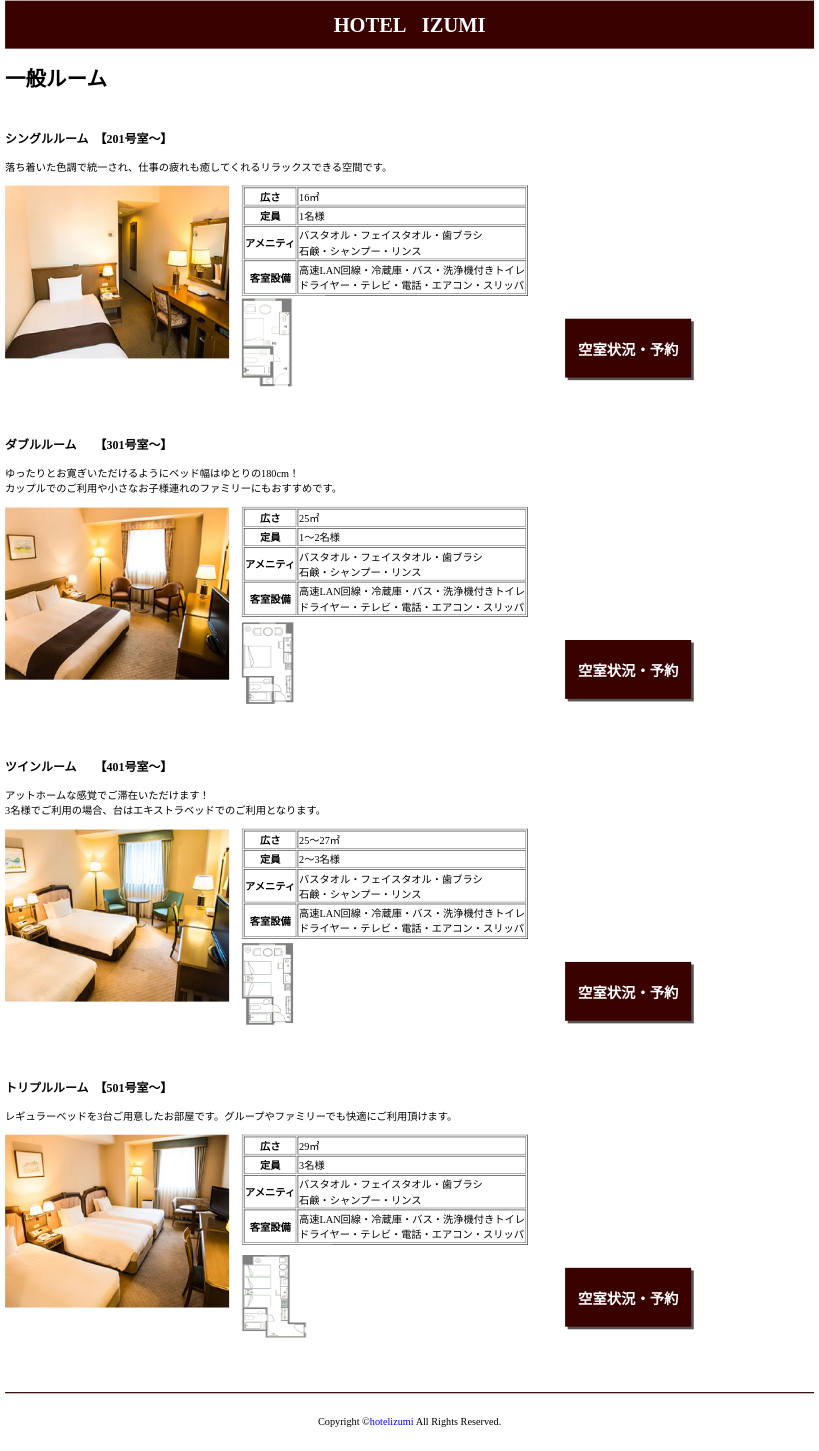
Repository: sep-dev/hotel_site
Page: http://localhost/HOTEL_IZUMI/general
An editor plug-in stored every save of this project. The page is shown before and after the next save, followed by the edit.
The browser window is 1280 px wide. The pictures show the whole page, at 64% of full size.
The page is served by Tomcat 9. Other server files are loaded and not shown.

Above is the page before, as saved 2016-05-25 06:17:50.

### HOTEL_IZUMI/src/main/webapp/WEB-INF/views/general.jsp
<!DOCTYPE html>
<%@ page language="java" contentType="text/html; charset=UTF-8" pageEncoding="UTF-8"%>
<%@ taglib prefix="form" uri="http://www.springframework.org/tags/form" %>
<!--  http://www.aspen-hotel.co.jp/room/ を参考   -->
<html>
  <head>
    <meta http-equiv="Content-Type" content="text/html; charset=Shift_JIS">
    <title>客室のご案内</title>
    <style type="text/css">
      div.example img {
        margin: 0px 20px 0px 0px;
      }
      <%@include file="../css/style.css" %>
    </style>
  </head>
  <body>
   <form>
    <div id="header">
      <div id="header h1"><h1><a HREF="http://localhost:8080/Izumi/top" STYLE="text-decoration:none"><font color="#FFFFFF">HOTEL&nbsp;&nbsp;&nbsp;IZUMI</font></a></h1></div>
    </div>


      <h1>一般ルーム</h1><br>
      <h3>シングルルーム　【201号室～】</h3>
      落ち着いた色調で統一され、仕事の疲れも癒してくれるリラックスできる空間です。<br><br>
      <div class="example">
        <img src="./resources/picture/ph01.jpg" alt="サンプル図" width="350" height="270"  align="left" >
      </div>
      <table border="1" >
        <tr>
          <th>広さ</th>
          <td>16㎡</td>
        </tr>
        <tr>
          <th>定員</th>
          <td>1名様</td>
        </tr>
        <tr>
          <th rowspan="2">アメニティ</th>
          <td rowspan="2">バスタオル・フェイスタオル・歯ブラシ<br>石鹸・シャンプー・リンス</td>
        </tr>
        <tr>
        </tr>
        <tr>
          <th rowspan="2">客室設備</th>
          <td rowspan="2">高速LAN回線・冷蔵庫・バス・洗浄機付きトイレ<br>ドライヤー・テレビ・電話・エアコン・スリッパ</td>
        </tr>
        <tr>
        </tr>
      </table>

      <img src="./resources/picture/ph01_shw1.png" alt="間取り図" width="130" height="146" align="left" ><br><br>

      <button class="button2" type="submit" style="position: absolute; right: 200px;">空室状況・予約</button>
      <br clear="all">
      <br><br><br>

      <h3>ダブルルーム　　【301号室～】</h3>
      ゆったりとお寛ぎいただけるようにベッド幅はゆとりの180cm！<br>カップルでのご利用や小さなお子様連れのファミリーにもおすすめです。<br><br>
      <div class="example">
        <img src="./resources/picture/ph04.jpg" alt="サンプル図" width="350" height="270"  align="left" >
      </div>
      <table border="1" >
        <tr>
          <th>広さ</th>
          <td>25㎡</td>
        </tr>
        <tr>
          <th>定員</th>
          <td>1～2名様</td>
        </tr>
        <tr>
          <th rowspan="2">アメニティ</th>
          <td rowspan="2">バスタオル・フェイスタオル・歯ブラシ<br>石鹸・シャンプー・リンス</td>
        </tr>
        <tr>
        </tr>
        <tr>
          <th rowspan="2">客室設備</th>
          <td rowspan="2">高速LAN回線・冷蔵庫・バス・洗浄機付きトイレ<br>ドライヤー・テレビ・電話・エアコン・スリッパ</td>
        </tr>
         <tr>
         </tr>
       </table>

       <img src="./resources/picture/ph04_shw1.png" alt="間取り図" width="130" height="146" align="left" ><br><br>

       <button class="button2" type="submit" style="position: absolute; right: 200px;">空室状況・予約</button>
       <br clear="all">
       <br><br><br>

       <h3>ツインルーム　　【401号室～】</h3>
       アットホームな感覚でご滞在いただけます！<br>3名様でご利用の場合、台はエキストラベッドでのご利用となります。<br><br>

       <div class="example">
         <img src="./resources/picture/ph06.jpg" alt="サンプル図" width="350" height="270"  align="left" >
       </div>
       <table border="1" >
         <tr>
           <th>広さ</th>
           <td>25～27㎡</td>
         </tr>
         <tr>
           <th>定員</th>
           <td>2～3名様</td>
         </tr>
         <tr>
            <th rowspan="2">アメニティ</th>
            <td rowspan="2">バスタオル・フェイスタオル・歯ブラシ<br>石鹸・シャンプー・リンス</td>
          </tr>
          <tr>
          </tr>
          <tr>
            <th rowspan="2">客室設備</th>
            <td rowspan="2">高速LAN回線・冷蔵庫・バス・洗浄機付きトイレ<br>ドライヤー・テレビ・電話・エアコン・スリッパ</td>
           </tr>
           <tr>
         </tr>
       </table>

        <img src="./resources/picture/ph06_shw1.png" alt="間取り図" width="120" height="146" align="left" >
        <br><br>

        <button class="button2" type="submit" style="position: absolute; right: 200px;">空室状況・予約</button>
        <br clear="all">
        <br><br><br>

        <h3>トリプルルーム　【501号室～】</h3>
        レギュラーベッドを3台ご用意したお部屋です。グループやファミリーでも快適にご利用頂けます。<br><br>
        <div class="example">
          <img src="./resources/picture/ph07.jpg" alt="サンプル図" width="350" height="270"  align="left" >
        </div>
        <table border="1" >
          <tr>
            <th>広さ</th>
            <td>29㎡</td>
          </tr>
          <tr>
            <th>定員</th>
            <td>3名様</td>
          </tr>
          <tr>
            <th rowspan="2">アメニティ</th>
            <td rowspan="2">バスタオル・フェイスタオル・歯ブラシ<br>石鹸・シャンプー・リンス</td>
          </tr>
          <tr>
          </tr>
          <tr>
            <th rowspan="2">客室設備</th>
            <td rowspan="2">高速LAN回線・冷蔵庫・バス・洗浄機付きトイレ<br>ドライヤー・テレビ・電話・エアコン・スリッパ</td>
          </tr>
          <tr>
          </tr>
        </table>

        <img src="./resources/picture/ph07_shw1.png" alt="間取り図" width="140" height="146" align="left" ><br><br>

        <button class="button2" type="submit" style="position: absolute; right: 200px;">空室状況・予約</button>
        <br clear="all">
        <br><br><br>


        <div id="footer">
          <p id="copyright">Copyright &copy;<a href="http://hotelizumi.com">hotelizumi</a> All Rights Reserved.</p>
        </div>
    </form>
  </body>
</html>

### HOTEL_IZUMI/src/main/webapp/WEB-INF/views/common/header.jsp
<%@ taglib uri="http://java.sun.com/jsp/jstl/core" prefix="c" %>
<%@ taglib prefix="form" uri="http://www.springframework.org/tags/form"%>
<%@page language="java" contentType="text/html; charset=UTF-8" pageEncoding="UTF-8"%>
<%@ page contentType="text/html; charset=UTF-8"%>

### HOTEL_IZUMI/src/main/webapp/WEB-INF/css/style.css
html{
    margin: 0;
    margin-top:-20px;
    padding: 0;
    width:100%;
    height:100%;
}
.top{
	display:block;
	margin-left:auto;
	margin-right:auto;
}

#contents {
    top : 0px;
    padding : 10px;
    margin : 10px;
    text-align : center;
}

#contents img{
    padding-bottom:10px;
}

#contents button {
    font-size: 1.4em;
    font-weight: bold;
    padding: 10px 30px;
    background-color: #200;
    color: #ffffff;
    border-style: none;
}

#table{
    border:0;
    background-color:#CCCCCC;
    font-size:24px;
    color:#666666;
    width:200px;
}

#table3{
    border:0;
    background-color:#CCCCCC;
    font-size:24px;
    color:#666666;
    width:200px;
}

/*--------calender----------*/
#Sunday{
    text-align:center;
    width:200;
    height:40;
    background-color:#C7D8ED;
    color:#FF3300;
    padding:15px;
}
#MonFri{
    text-align:center;
    width:200;
    background-color:#C7D8ED;
    color:#666666;
    padding:15px;
}
#Saturday{
    text-align:center;
    width:200;
    background-color:#C7D8ED;
    color:#666666;
    padding:15px;
}
#Saturday2{
    text-align:center;
    width:200;
    background-color:#A6C0E1;
    color:#666666;
}
#Sunday2{
    text-align:center;
    height:40;
    background-color:#FFCC99;
    color:#666666;
}
#Weekday{
    text-align:center;
    background-color:#FFFFFF;
    color:#666666;
    width:200;
}
#publicholiday{
    text-align:center;
    background-color:#FF3300;
    color:#FFFFFF;
}
#table2 tr td{
    border:0;
    font-size:24px;
    color:#666666;
    width:400px;
}
#float{
    float:left;
}
/* --------------------------------------*/

#header {
    top: 0px;
    left: 0px;
    height: 75px;
    margin-right: auto;
    margin-left: auto;
    text-align : center;
    background-color : #3A0101;

}
#header h1{
    padding-top: 20px;
    font-family: 'Times New Roman', Times, serif;
 	color:#ffffff;
}


#top{
    font-size: 200%;
}

#oneset{
	padding-top: 10px;
	padding-bottom: 10px;

	border-width: thick;
	border-color: #999AAA;
	border-style: ridge;
}
#name
{
    text-align: center;
	font-size: 150%;
    font-family: 'Segoe UI', Tahoma, Geneva, Verdana, sans-serif;
    font-weight: bold;
    background-color: #999AAA;
    font-family: 'Times New Roman', Times, serif;

}
#message{
	color: #000000;
    padding-left: 300px;
	font-size: 150%;

	text-align: left; margin-left: 100px; margin-right: 0px; width: 1000px;
}


/*---------入力フォーム----------*/

#reservation{

    padding-top: 20px;
    margin-bottom:50px;
    font-family: 'Times New Roman', Times, serif;
 	color:#000000;
}

#form{
    margin-top:30px

}


button.button2 {
    float:right;
    font-size: 1.4em;
    font-weight: bold;
    padding: 30px 20px;
    background-color: #3A0101;
    color: #ffffff;
    border-style: none;
    font-family: 'Times New Roman', Times, serif;
    box-shadow:4px 4px #555;
}

/*
footer ------------------------------------------------------*/

#footer {
    margin-top:30px;
    border-top:2px solid #3A1010;
    padding-top:20px;
    padding-bottom:20px;
}

#footer p{
    text-align:center;
}
#footer p a{
    text-decoration: none;
}
#footborder hr{
    border-color:#3A1010;
    border-width:1px;
}

After the next save:
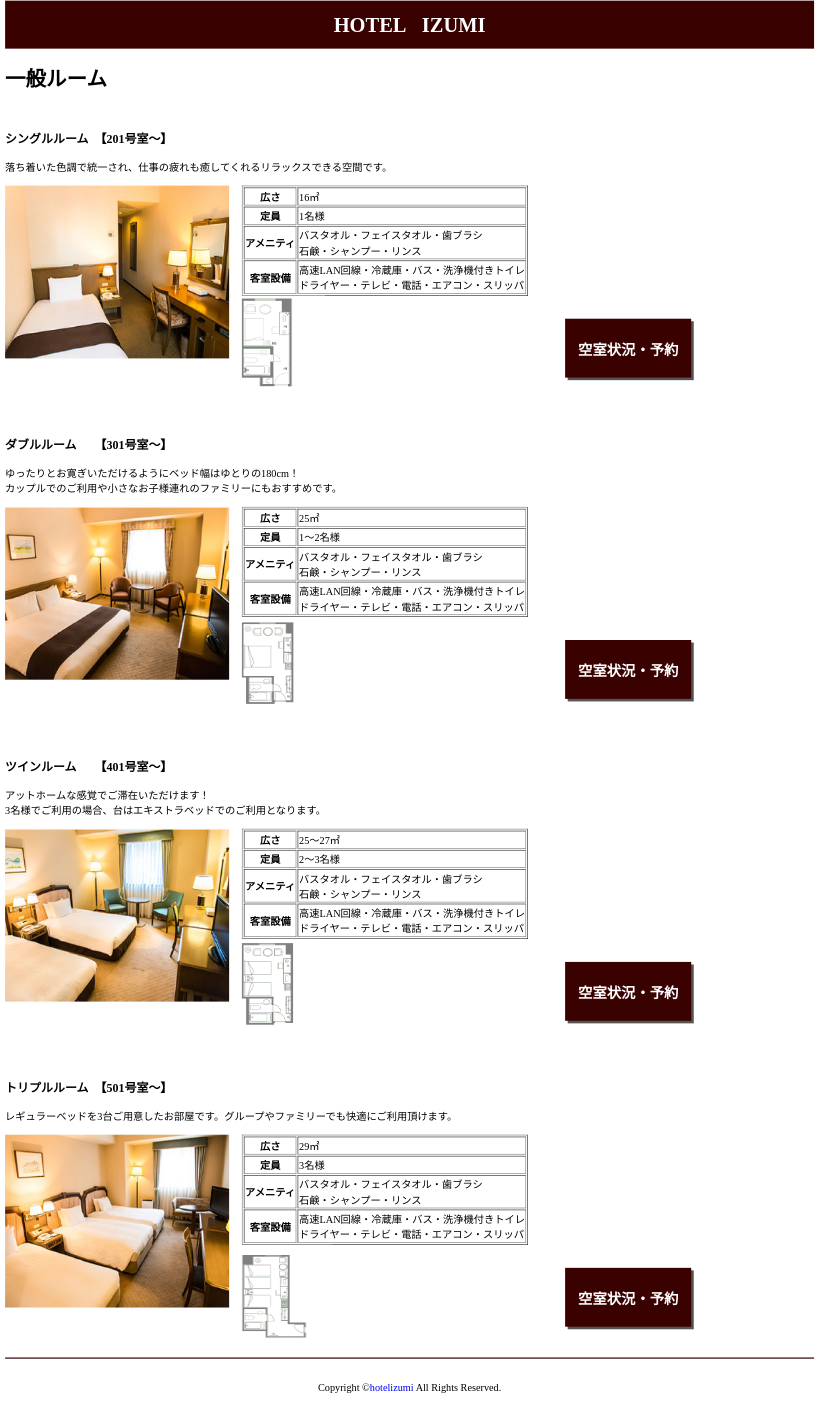
Saved 10 s later.
--- a/HOTEL_IZUMI/src/main/webapp/WEB-INF/views/general.jsp
+++ b/HOTEL_IZUMI/src/main/webapp/WEB-INF/views/general.jsp
@@ -157,7 +157,7 @@
 
         <button class="button2" type="submit" style="position: absolute; right: 200px;">空室状況・予約</button>
         <br clear="all">
-        <br><br><br>
+
 
 
         <div id="footer">

After the save that followed:
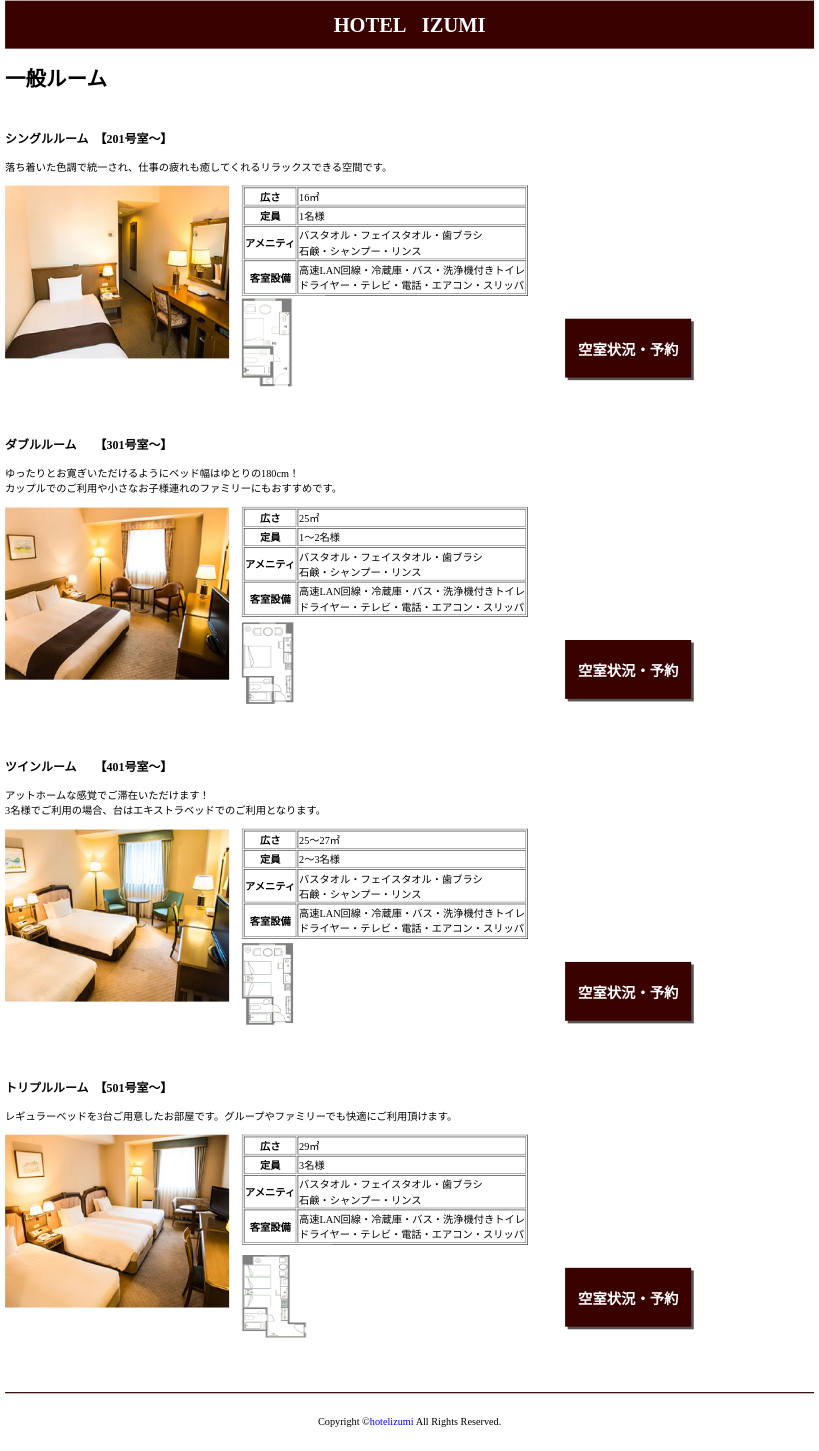
Saved 10 s later.
--- a/HOTEL_IZUMI/src/main/webapp/WEB-INF/views/general.jsp
+++ b/HOTEL_IZUMI/src/main/webapp/WEB-INF/views/general.jsp
@@ -157,7 +157,7 @@
 
         <button class="button2" type="submit" style="position: absolute; right: 200px;">空室状況・予約</button>
         <br clear="all">
-
+        <br><br><br>
 
 
         <div id="footer">
